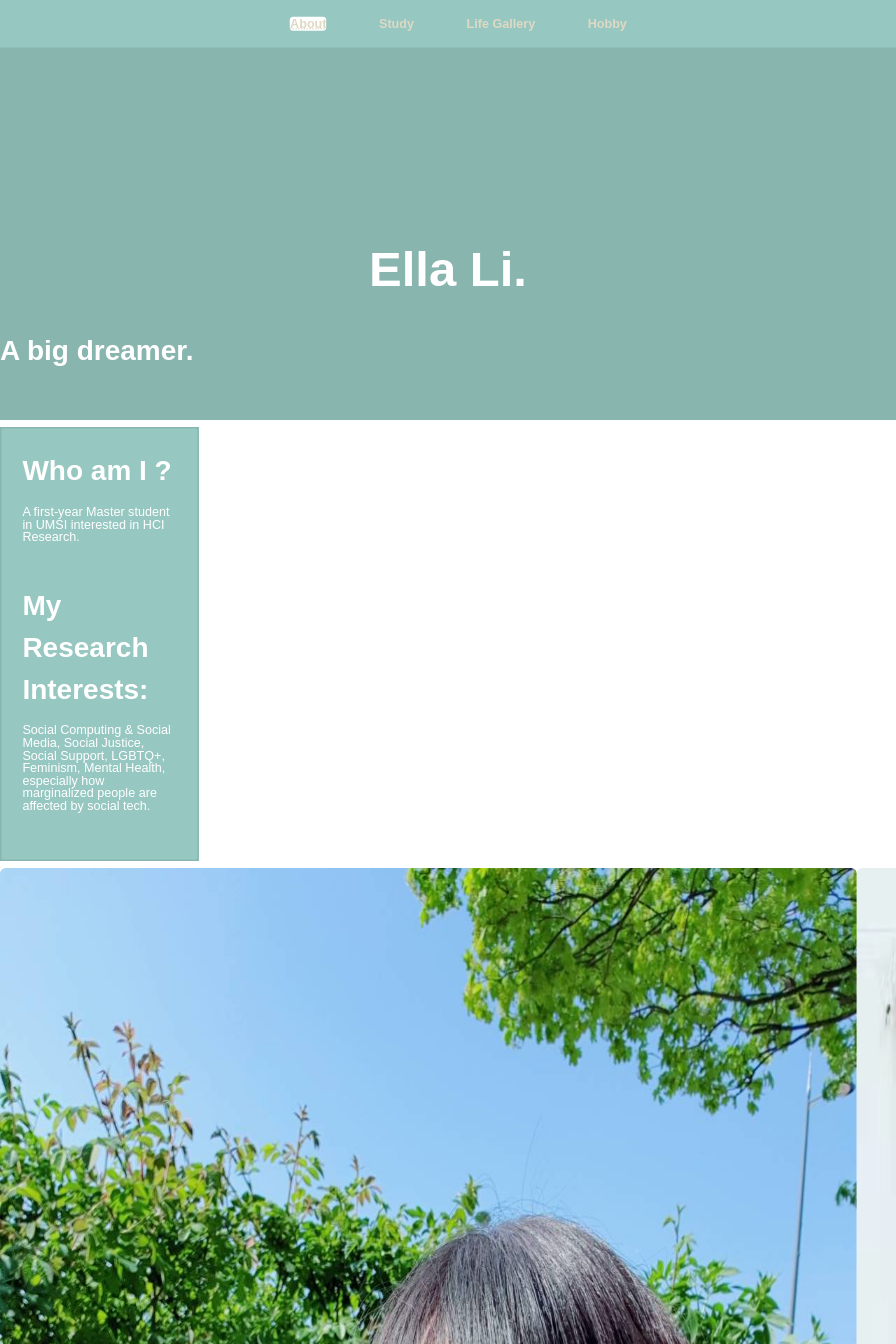
Repository: jiaqili0803/SI_539
Page: project/about.html
An editor plug-in stored every save of this project. The page is shown before and after the next save, followed by the edit.
The browser window is 1280 px wide. The pictures show the part of the page from y = 0 to 1920 px (the page is 3609 px tall before and 3705 px after), at 70% of full size.

Above is the page before, as saved 2021-12-10 17:04:38.

After the next save:
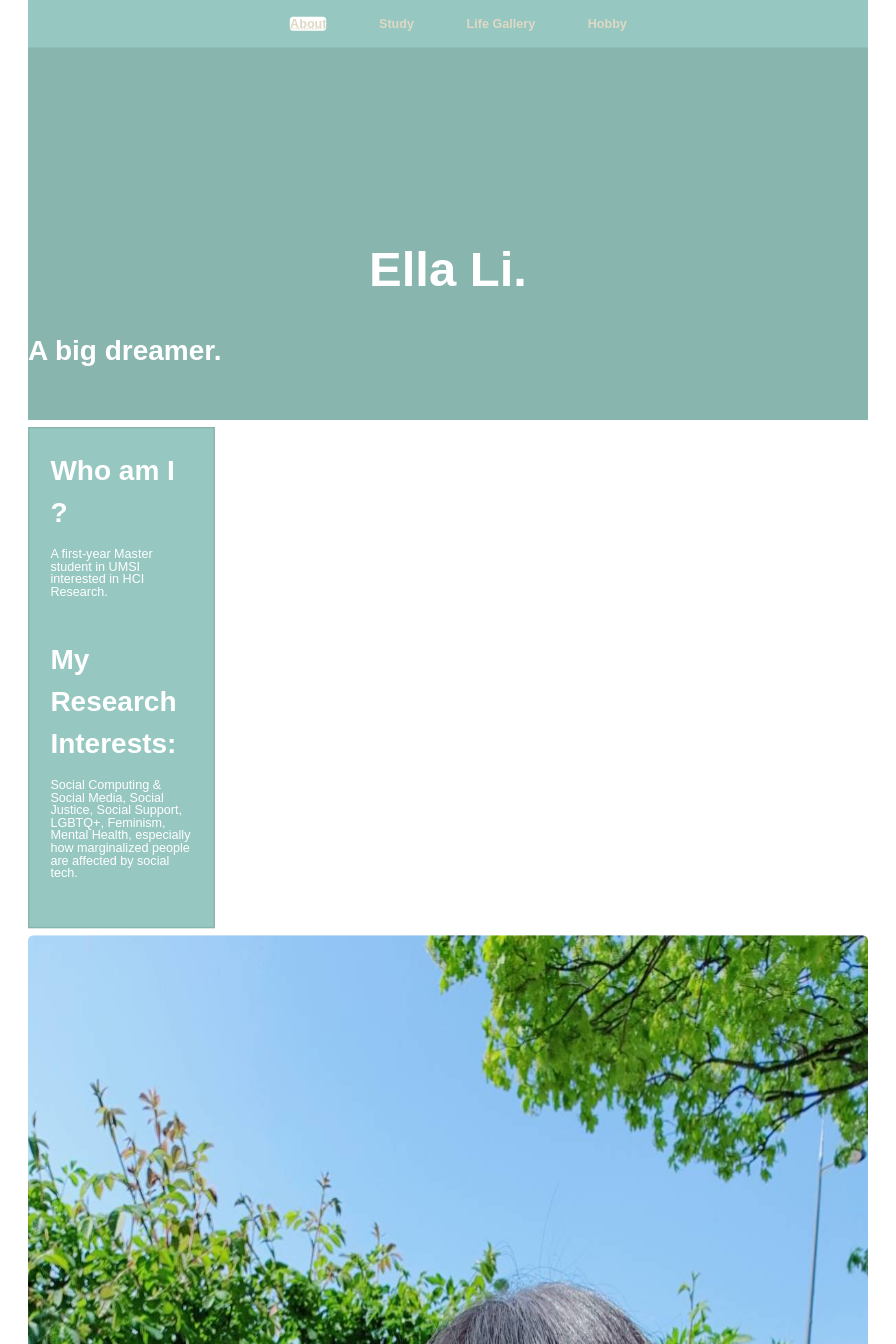
Saved 45 s later.
--- a/project/css/style.css
+++ b/project/css/style.css
@@ -1,7 +1,8 @@
 body{
   /* background-color: #89B5AF; */
   font-size: 18px;
-  margin: 0;
+  max-width: 1200px;
+  margin: auto;
   padding: 0;
   font-family: "Comic Sans MS", sans-serif;
 }

After the save that followed:
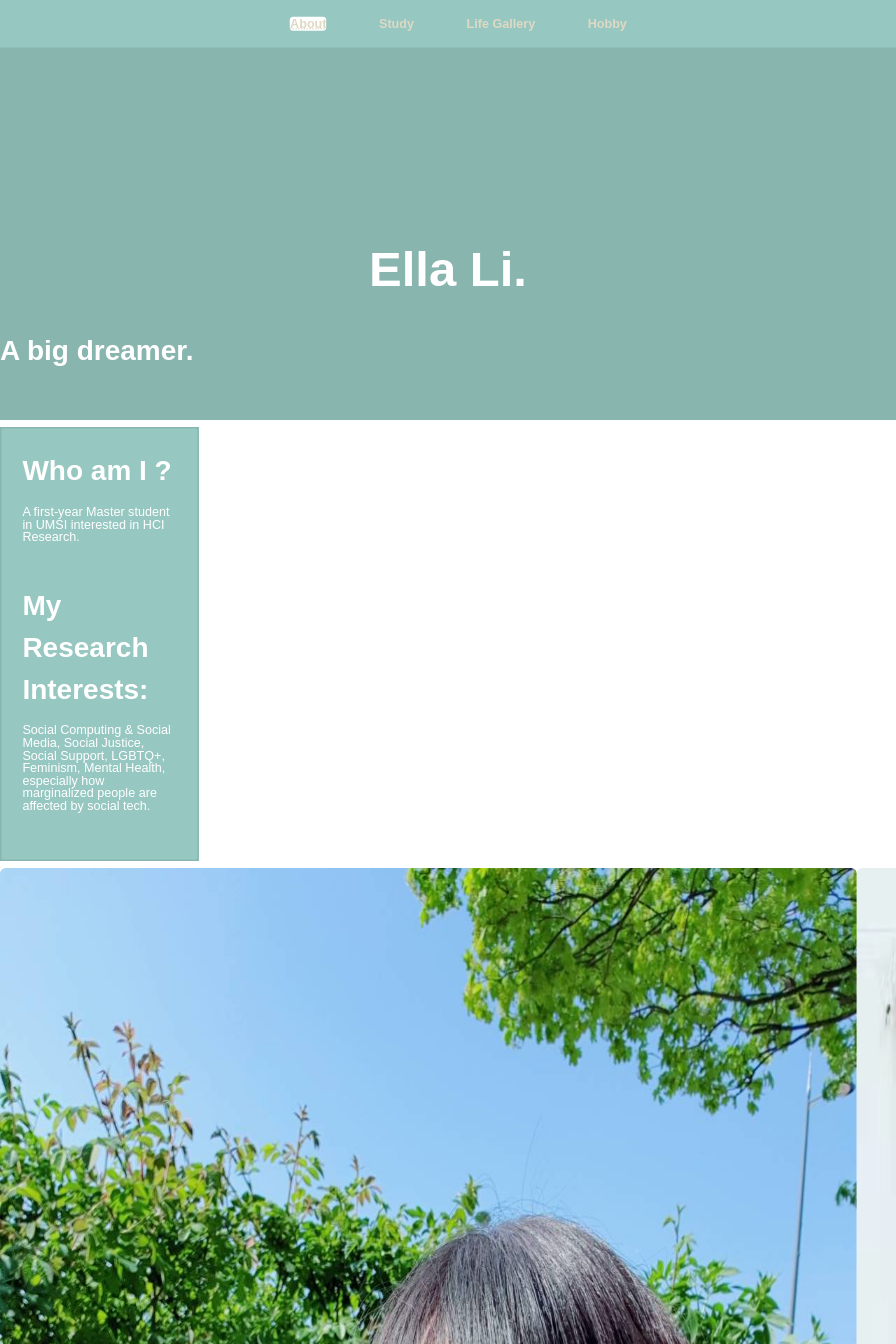
Saved 10 s later.
--- a/project/css/style.css
+++ b/project/css/style.css
@@ -1,8 +1,7 @@
 body{
   /* background-color: #89B5AF; */
   font-size: 18px;
-  max-width: 1200px;
-  margin: auto;
+  margin: 0;
   padding: 0;
   font-family: "Comic Sans MS", sans-serif;
 }
